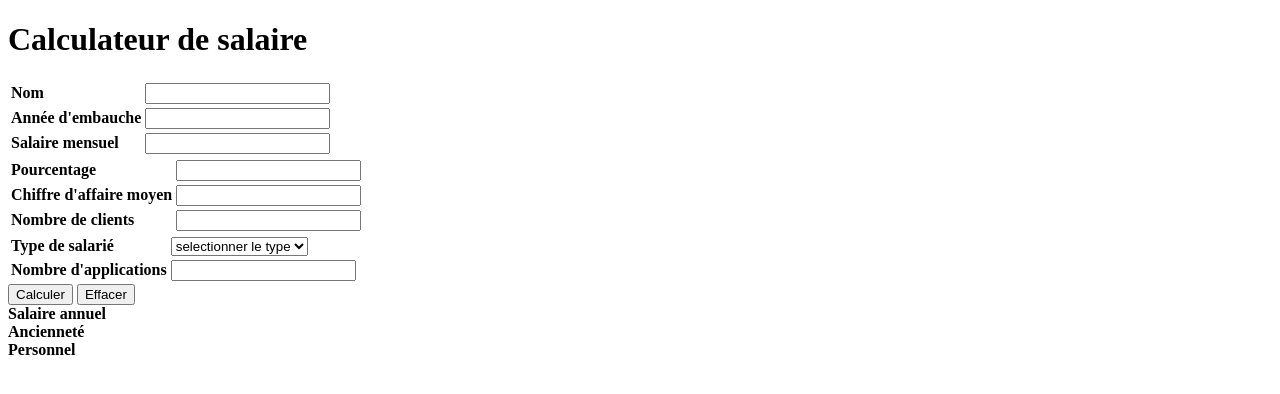
Repository: AgatheLM/formation_js
Page: insee-travaux-js/insee-client-js/tp2.html
The author's editor kept a copy of each file at every save. The page is drawn from the files as they stood at one save, then again after the next save.
The browser window is 1280 px wide. The pictures show the whole page.

Above is the page before, as saved 2018-01-25 10:23:09.

After the next save:
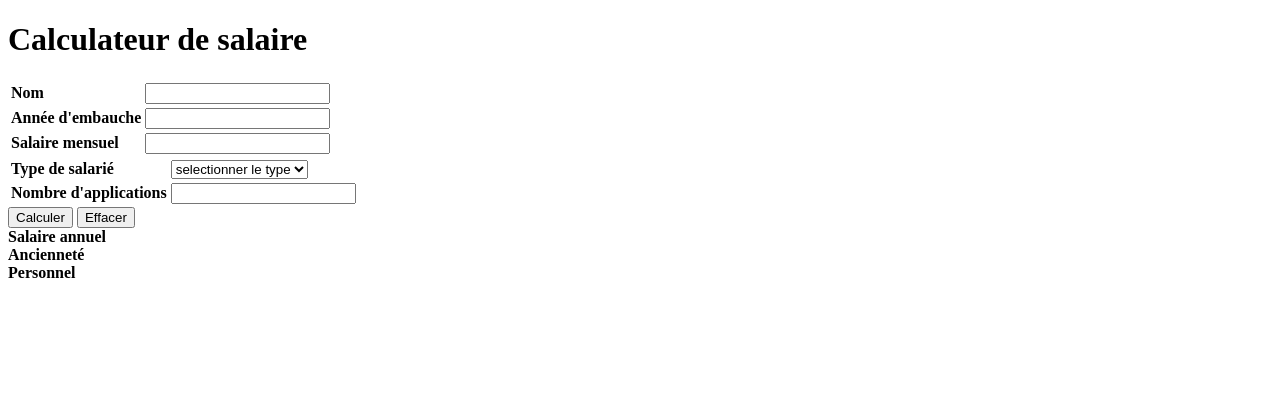
Saved 3 min 11 s later.
--- a/insee-travaux-js/insee-client-js/tp2.html
+++ b/insee-travaux-js/insee-client-js/tp2.html
@@ -41,7 +41,7 @@
 			</tbody>
 		</table>
 	</div>
-	<div id="divCom">
+	<div id="divCom" style="display:none">
 		<table>
 			<tbody>
 					<tr>
